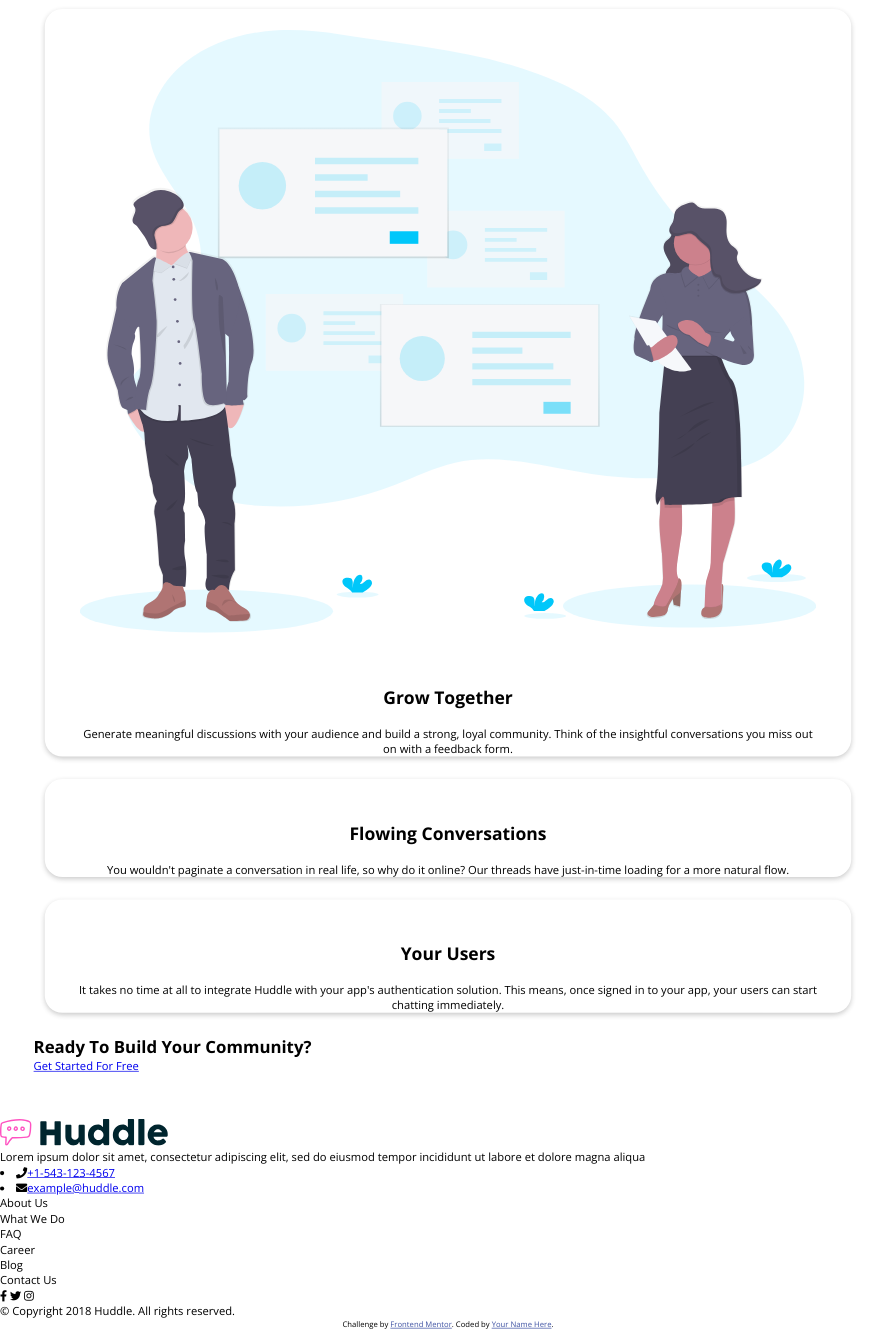
Repository: DejV44/Huddle-landing-page
Page: index.html
These files come from the project's save history. The page is drawn as it stood at one moment and after the next save; the edit follows.
The browser window is 1280 px wide. The pictures show the part of the page from y = 1517 to 3437 px (the page is 3416 px tall before and 3437 px after), at 70% of full size.
The style sheet was rebuilt from its Sass, Less or Tailwind sources for each picture, by a compiler version that may differ from the author's.

Above is the page before, as saved 2021-08-15 22:28:33.

After the next save:
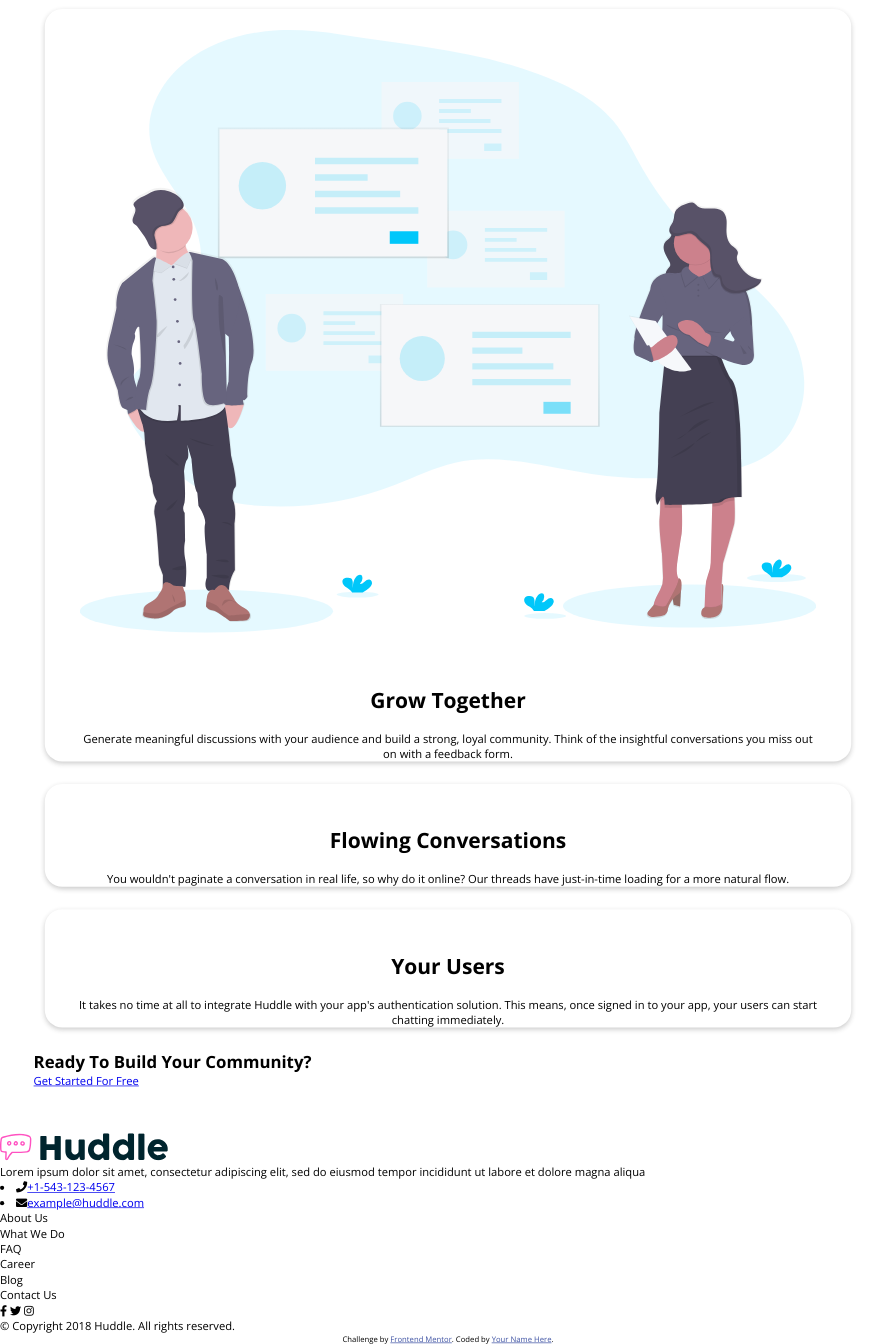
Saved 6 s later.
--- a/css/_mixin.scss
+++ b/css/_mixin.scss
@@ -9,7 +9,7 @@
         margin: 0rem 3rem;
         h2 {
             padding-bottom: 1.5rem;
-            font-size: 25px;
+            font-size: 30px;
         }
     }
     .img-cards {
